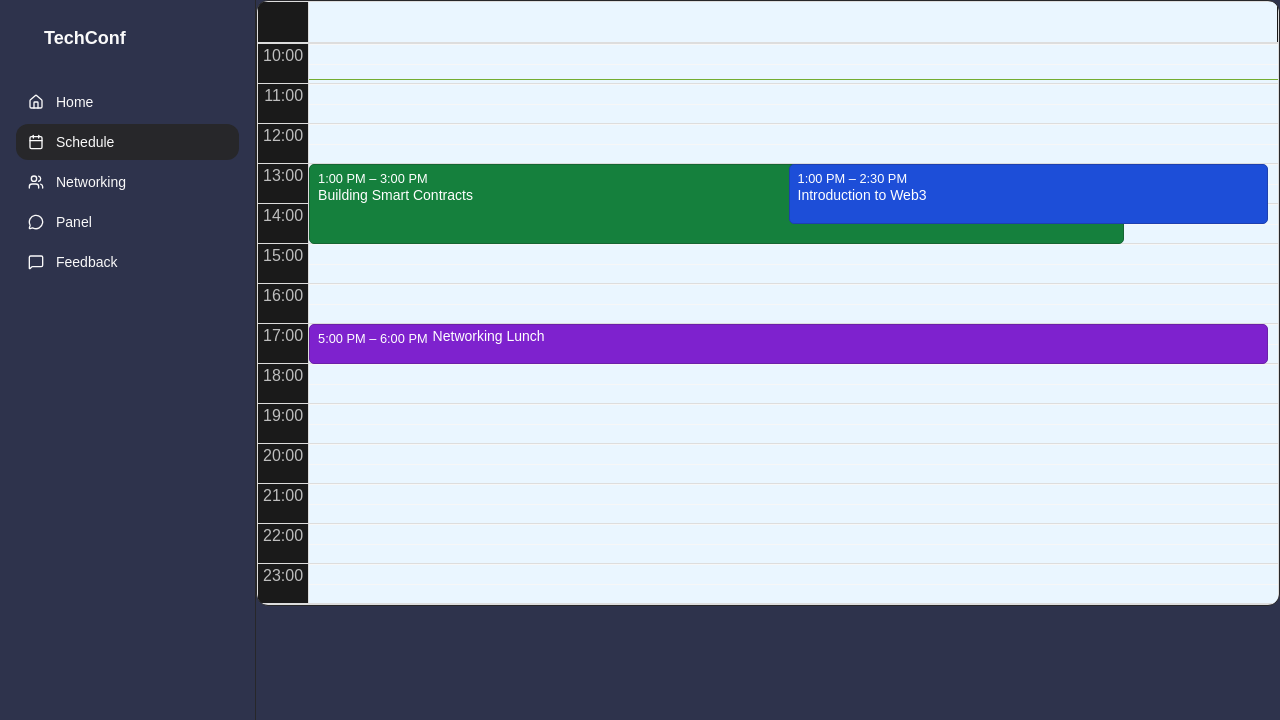
Repository: mrnavdal/symposium-2024
Page: /schedule (app in symposium24/)
These files come from the project's save history. The page is drawn as it stood at one moment and after the next save; the edit follows.
The browser window is 1280 px wide. The pictures show the whole page.
The project was rebuilt for these pictures with package versions that can differ from the ones it lists, and the page was loaded fresh each time. The framework's server and built-in components were replaced by stand-ins that run in the browser. Also part of the build but not shown: symposium24/next.config.ts.

Above is the page before, as saved 2024-11-08 15:02:53.

### symposium24/src/app/layout.tsx
import type { Metadata } from "next";
import localFont from "next/font/local";
import { ThemeProvider } from 'next-themes';
import { Navigation } from "@/components/Navigation";
import "./globals.css";
import '@/styles/calendar.css'

const geistSans = localFont({
  src: "./fonts/GeistVF.woff",
  variable: "--font-geist-sans",
  weight: "100 900",
});
const geistMono = localFont({
  src: "./fonts/GeistMonoVF.woff",
  variable: "--font-geist-mono",
  weight: "100 900",
});

export const metadata: Metadata = {
  title: "TechConf 2024",
  description: "Conference schedule and information",
};

export default function RootLayout({
  children,
}: Readonly<{
  children: React.ReactNode;
}>) {
  return (
    <html lang="en" suppressHydrationWarning>
      <body className={`${geistSans.variable} ${geistMono.variable} antialiased min-h-screen`}>
        <ThemeProvider
          attribute="class"
          defaultTheme="dark"
          enableSystem
          disableTransitionOnChange
        >
          <Navigation />
          <main className="pb-16 md:pb-0 md:pl-64">
            {children}
          </main>
        </ThemeProvider>
      </body>
    </html>
  );
}

### symposium24/src/app/schedule/page.tsx
import { Calendar } from '@/components/Calendar'
import { PageTransition } from '@/components/PageTransition'
import { events } from '@/data/events'

export default function SchedulePage() {
  return (
    <PageTransition>

        <div className="h-full rounded-lg overflow-hidden border bg-card/50">
          <Calendar events={events} />
        </div>

    </PageTransition>
  )
}

### symposium24/src/components/Navigation.tsx
'use client'

import { usePathname } from 'next/navigation'
import Link from 'next/link'
import { cn } from '@/lib/utils'
import {
  Home,
  Calendar,
  Users,
  MessageCircle,
  MessageSquare,
  LucideIcon
} from 'lucide-react'

interface NavItem {
  href: string
  label: string
  icon: LucideIcon
}

const navItems: NavItem[] = [
  { href: '/', label: 'Home', icon: Home },
  { href: '/schedule', label: 'Schedule', icon: Calendar },
  { href: '/networking', label: 'Networking', icon: Users },
  { href: '/discussion', label: 'Panel', icon: MessageCircle },
  { href: '/feedback', label: 'Feedback', icon: MessageSquare },
]

export function Navigation() {
  const pathname = usePathname()

  return (
    <>
      {/* Desktop Side Navigation */}
      <nav className="hidden md:flex fixed left-0 top-0 h-screen w-64 border-r bg-background p-4">
        <div className="space-y-4 w-full">
          <div className="px-3 py-2">
            <h2 className="mb-2 px-4 text-lg font-semibold">TechConf</h2>
          </div>
          <div className="space-y-1">
            {navItems.map((item) => (
              <Link
                key={item.href}
                href={item.href}
                className={cn(
                  'flex items-center gap-3 rounded-lg px-3 py-2 text-sm transition-colors',
                  pathname === item.href
                    ? 'bg-secondary text-secondary-foreground'
                    : 'hover:bg-secondary/80'
                )}
              >
                <item.icon className="h-4 w-4" />
                {item.label}
              </Link>
            ))}
          </div>
        </div>
      </nav>

      {/* Mobile Bottom Navigation */}
      <nav className="md:hidden fixed bottom-0 left-0 right-0 border-t bg-background z-50">
        <div className="flex items-center justify-around">
          {navItems.map((item) => (
            <Link
              key={item.href}
              href={item.href}
              className={cn(
                'flex flex-col items-center gap-1 p-3 text-xs',
                pathname === item.href
                  ? 'text-primary'
                  : 'text-muted-foreground'
              )}
            >
              <item.icon className="h-5 w-5" />
              <span>{item.label}</span>
            </Link>
          ))}
        </div>
      </nav>

      {/* Content Padding for Mobile Bottom Nav */}
      <div className="pb-4 md:pb-0 md:pl-64">
        {/* This div wraps the main content to provide padding */}
      </div>
    </>
  )
}

### symposium24/src/app/globals.css
@tailwind base;
@tailwind components;
@tailwind utilities;

body {
  font-family: Arial, Helvetica, sans-serif;
  margin: 0;
  padding: 0;
}

@layer base {
  :root {
    --background: 0 0% 100%;
    --foreground: 240 10% 3.9%;
    --card: 0 0% 100%;
    --card-foreground: 240 10% 3.9%;
    --popover: 0 0% 100%;
    --popover-foreground: 240 10% 3.9%;
    --primary: 240 5.9% 10%;
    --primary-foreground: 0 0% 98%;
    --secondary: 240 4.8% 95.9%;
    --secondary-foreground: 240 5.9% 10%;
    --muted: 240 4.8% 95.9%;
    --muted-foreground: 240 3.8% 46.1%;
    --accent: 240 4.8% 95.9%;
    --accent-foreground: 240 5.9% 10%;
    --destructive: 0 84.2% 60.2%;
    --destructive-foreground: 0 0% 98%;
    --leading-text: 240 25% 24%;
    --border: 240 5.9% 90%;
    --input: 240 5.9% 90%;
    --ring: 240 5.9% 10%;
    --chart-1: 12 76% 61%;
    --chart-2: 173 58% 39%;
    --chart-3: 197 37% 24%;
    --chart-4: 43 74% 66%;
    --chart-5: 27 87% 67%;
    --radius: 0.75rem;
  }
  .dark {
    --background: 230 25% 24%;
    --foreground: 0 0% 98%;
    --card: 0 0% 90%;
    --card-foreground: 230 25% 24%;;
    --popover: 240 10% 3.9%;
    --popover-foreground: 0 0% 98%;
    --primary: 352 79% 49%;
    --primary-foreground: 0 0% 98%;
    --secondary: 240 3.7% 15.9%;
    --secondary-foreground: 0 0% 98%;
    --muted: 240 3.7% 15.9%;
    --muted-foreground: 0 0% 75%;
    --accent: 352 79% 49%;
    --accent-foreground: 0 0% 98%;
    --destructive: 0 62.8% 30.6%;
    --destructive-foreground: 0 0% 98%;
    --border: 240 3.7% 15.9%;
    --input: 240 3.7% 15.9%;
    --ring: 240 4.9% 83.9%;
    --chart-1: 220 70% 50%;
    --chart-2: 160 60% 45%;
    --chart-3: 30 80% 55%;
    --chart-4: 280 65% 60%;
    --chart-5: 340 75% 55%;
    --leading-text: 230 25% 24%;
  }
}

@layer base {
  * {
    @apply border-border;
  }
  body {
    @apply bg-background text-foreground;
  }
}

.page {
  margin-top: 0;
}

### symposium24/src/styles/calendar.css
/* Dark mode styles */
.rbc-calendar-dark {
  @apply text-white;
}

.rbc-calendar-dark .rbc-header {
  @apply bg-muted/50 border-border text-muted-foreground font-medium;
}

.rbc-calendar-dark .rbc-time-view {
  @apply border-border bg-card/50 backdrop-blur-sm;
}

.rbc-calendar-dark .rbc-time-header {
  @apply bg-muted/50 border-border;
}

.rbc-calendar-dark .rbc-time-content {
  @apply border-border;
}

.rbc-calendar-dark .rbc-time-slot {
  @apply text-muted-foreground;
}

.rbc-calendar-dark .rbc-today {
  @apply bg-muted/50;
}

.rbc-calendar-dark .rbc-current-time-indicator {
  @apply bg-primary;
}

/* General styles */
.rbc-header {
  @apply py-3 font-medium text-muted-foreground border-border bg-muted/30;
}

.rbc-time-view {
  @apply border-border bg-card/50 backdrop-blur-sm;
}

.rbc-time-header {
  @apply border-border bg-muted/30;
}

.rbc-time-content {
  @apply border-border;
}

.rbc-event {
  @apply rounded-md border shadow-sm;
}

.rbc-event-content {
  @apply text-sm font-medium;
}

.rbc-today {
  @apply bg-muted/30;
}

.rbc-current-time-indicator {
  @apply bg-primary;
}

.rbc-toolbar {
  @apply mb-4;
}

.rbc-toolbar button {
  @apply rounded-md border-border bg-card hover:bg-muted/50 transition-colors;
}

.rbc-toolbar button.rbc-active {
  @apply bg-primary text-primary-foreground hover:bg-primary/90;
}

.rbc-time-slot {
  @apply text-muted-foreground;
}

### symposium24/src/components/Calendar.tsx
'use client'

import { Calendar as BigCalendar, momentLocalizer, View } from 'react-big-calendar'
import moment from 'moment'
import { CalendarEvent } from '@/types/event'
import { cn } from '@/lib/utils'
import { useTheme } from 'next-themes'
import { useMemo } from 'react'
import './Calendar.css'

import 'react-big-calendar/lib/css/react-big-calendar.css'

const localizer = momentLocalizer(moment)

const eventStyleGetter = (event: CalendarEvent) => {
  const isPast = moment(event.end).isBefore(moment())
  const isOngoing = moment().isBetween(event.start, event.end)

  const colors = {
    workshop: { bg: '#15803d', border: '#166534' },  // green-700, green-800
    lecture: { bg: '#1d4ed8', border: '#1e40af' },   // blue-700, blue-800
    networking: { bg: '#7e22ce', border: '#6b21a8' }, // purple-700, purple-800
  }[event.type] || { bg: '#3b82f6', border: '#2563eb' }  // blue-500, blue-600

  return {
    className: cn(
      'rounded-md border backdrop-blur-sm transition-colors',
      isPast && 'opacity-50 hover:opacity-70',
      isOngoing && 'ring-2 ring-yellow-400/50 shadow-lg'
    ),
    style: {
      backgroundColor: colors.bg,
      borderColor: colors.border,
      padding: '4px 8px',
    }
  }
}

interface CalendarProps {
  events: CalendarEvent[]
}
export function Calendar({ events }: CalendarProps) {
  const { theme } = useTheme()

  const calendarProps = useMemo(() => ({
    className: cn(
      'rounded-lg',
      'bg-[#1a1a1a]',
    ),
    min: new Date(2024, 10, 8, 10, 0),
    max: new Date(2024, 10, 8, 23, 59),
    formats: {
      timeGutterFormat: (date: Date) => moment(date).format('HH:mm'),
    },
    localizer,
    events,
    defaultView: 'day' as View,
    views: ['day'] as View[],
    step: 30,
    timeslots: 2,
    eventPropGetter: eventStyleGetter,
    tooltipAccessor: (event: CalendarEvent) =>
      `${event.title}\nLocation: ${event.location}\nSpeaker: ${event.speaker}`,
    toolbar: false,


  }), [events, theme])

  return <BigCalendar {...calendarProps} />
}

### symposium24/src/components/PageTransition.tsx
'use client'

import { motion } from 'framer-motion'
import { fadeIn } from '@/lib/animations'

interface PageTransitionProps {
  children: React.ReactNode
  className?: string
}

export function PageTransition({ children, className }: PageTransitionProps) {
  return (
    <motion.div
      variants={fadeIn}
      initial="initial"
      animate="animate"
      exit="exit"
      className={className}
    >
      {children}
    </motion.div>
  )
}

### symposium24/src/data/events.ts
import { CalendarEvent } from '@/types/event'

export const events: CalendarEvent[] = [
  {
    id: '1',
    title: 'Introduction to Web3',
    type: 'lecture',
    start: new Date(2024, 10, 8, 13, 0),
    end: new Date(2024, 10, 8, 14, 30),
    speaker: 'Jane Smith',
    location: 'Main Hall',
    description: 'An overview of Web3 technologies and their impact on the future of the internet.'
  },
  {
    id: '2',
    title: 'Building Smart Contracts',
    type: 'workshop',
    start: new Date(2024, 10, 8, 13, 0),
    end: new Date(2024, 10, 8, 15, 0),
    speaker: 'John Doe',
    location: 'Workshop Room A',
    description: 'Hands-on workshop on creating and deploying smart contracts.'
  },
  {
    id: '3',
    title: 'Networking Lunch',
    type: 'networking',
    start: new Date(2024, 10, 8, 17, 0),
    end: new Date(2024, 10, 8, 18, 0),
    speaker: '',
    location: 'Dining Hall',
    description: 'Network with fellow attendees over lunch.'
  }
]

### symposium24/src/components/Calendar.css
.rbc-time-content {
  background-color: #1a1a1a ;
}
.rbc-time-header {
  background-color: #1a1a1a;
}
.rbc-time-gutter {
  background-color: #1a1a1a;
}
.rbc-event {
    background-color: #1a1a1a;
}
.rbc-event-label {
  color: #fff;
}

### symposium24/src/lib/animations.ts
export const fadeIn = {
  initial: { opacity: 0, y: 20 },
  animate: { opacity: 1, y: 0 },
  exit: { opacity: 0, y: 20 }
}

export const staggerContainer = {
  animate: {
    transition: {
      staggerChildren: 0.1
    }
  }
}

export const slideIn = {
  initial: { x: -20, opacity: 0 },
  animate: { x: 0, opacity: 1 },
  exit: { x: 20, opacity: 0 }
}

export const scaleIn = {
  initial: { scale: 0.9, opacity: 0 },
  animate: { scale: 1, opacity: 1 },
  exit: { scale: 0.9, opacity: 0 }
}

### symposium24/tailwind.config.ts
import type { Config } from "tailwindcss";

export default {
    darkMode: ["class"],
    content: [
    "./src/pages/**/*.{js,ts,jsx,tsx,mdx}",
    "./src/components/**/*.{js,ts,jsx,tsx,mdx}",
    "./src/app/**/*.{js,ts,jsx,tsx,mdx}",
  ],
  theme: {
  	extend: {
  		colors: {
  			background: 'hsl(var(--background))',
  			foreground: 'hsl(var(--foreground))',
  			card: {
  				DEFAULT: 'hsl(var(--card))',
  				foreground: 'hsl(var(--card-foreground))'
  			},
  			popover: {
  				DEFAULT: 'hsl(var(--popover))',
  				foreground: 'hsl(var(--popover-foreground))'
  			},
  			primary: {
  				DEFAULT: 'hsl(var(--primary))',
  				foreground: 'hsl(var(--primary-foreground))'
  			},
  			secondary: {
  				DEFAULT: 'hsl(var(--secondary))',
  				foreground: 'hsl(var(--secondary-foreground))'
  			},
  			muted: {
  				DEFAULT: 'hsl(var(--muted))',
  				foreground: 'hsl(var(--muted-foreground))'
  			},
  			accent: {
  				DEFAULT: 'hsl(var(--accent))',
  				foreground: 'hsl(var(--accent-foreground))'
  			},
  			destructive: {
  				DEFAULT: 'hsl(var(--destructive))',
  				foreground: 'hsl(var(--destructive-foreground))'
  			},
  			border: 'hsl(var(--border))',
  			input: 'hsl(var(--input))',
  			ring: 'hsl(var(--ring))',
  			chart: {
  				'1': 'hsl(var(--chart-1))',
  				'2': 'hsl(var(--chart-2))',
  				'3': 'hsl(var(--chart-3))',
  				'4': 'hsl(var(--chart-4))',
  				'5': 'hsl(var(--chart-5))'
  			},
  			green: {
  				500: '#22c55e', // Zelená
  				600: '#16a34a', // Tmavší zelená
  			},
  			yellow: {
  				500: '#facc15', // Žlutá
  				600: '#eab308', // Tmavší žlutá
  			},
  			red: {
  				500: '#ef4444', // Červená
  				600: '#dc2626', // Tmavší červená
  			},
  		},
  		borderRadius: {
  			lg: 'var(--radius)',
  			md: 'calc(var(--radius) - 2px)',
  			sm: 'calc(var(--radius) - 4px)'
  		}
  	}
  },
  plugins: [
    require("tailwindcss-animate"),
    require('@tailwindcss/typography'),
  ],
} satisfies Config;

Loaded but not shown: symposium24/src/lib/utils.ts (common file)

After the next save:
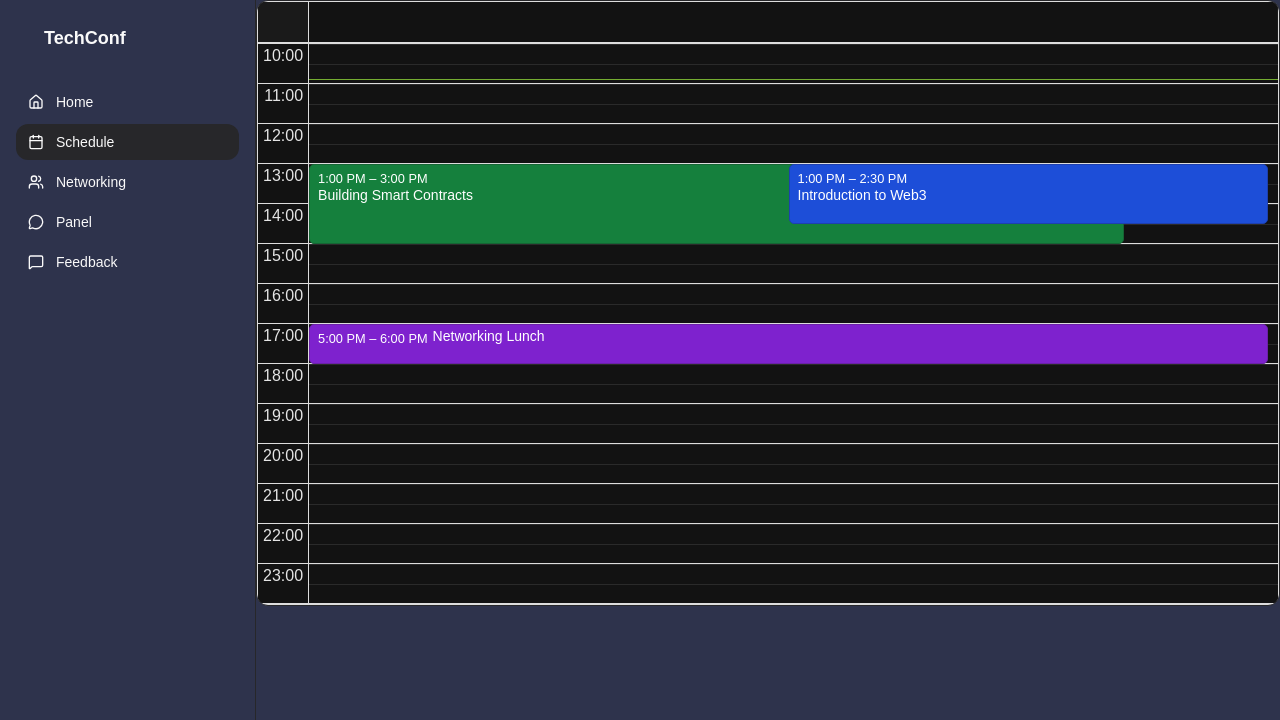
Saved 42 s later.
--- a/symposium24/src/components/Calendar.tsx
+++ b/symposium24/src/components/Calendar.tsx
@@ -62,7 +62,19 @@ export function Calendar({ events }: CalendarProps) {
     tooltipAccessor: (event: CalendarEvent) =>
       `${event.title}\nLocation: ${event.location}\nSpeaker: ${event.speaker}`,
     toolbar: false,
-
+            dayPropGetter: () => ({
+        style: {
+            backgroundColor: theme === 'dark' ? '#121212' : '#1a1a1a',
+            color: theme === 'dark' ? '#e5e5e5' : '#fff'
+        }
+        }),
+        slotPropGetter: () => ({
+        style: {
+            backgroundColor: theme === 'dark' ? '#121212' : '#1a1a1a',
+            borderColor: theme === 'dark' ? '#2a2a2a' : '#333',
+            color: theme === 'dark' ? '#e5e5e5' : '#fff'
+        }
+        }),
 
   }), [events, theme])
 
